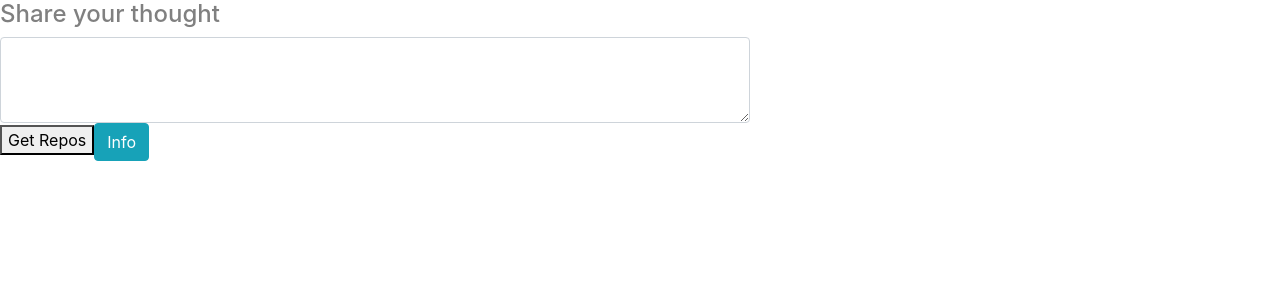
Repository: rashmikagamage/OAuth-Implementation
Page: / (app in frontend/)
An editor plug-in stored every save of this project. The page is shown before and after the next save, followed by the edit.
The browser window is 1280 px wide. The pictures show the whole page.
Some web libraries are served in a nearby version. The project was rebuilt for these pictures with package versions that can differ from the ones it lists, and the page was loaded fresh each time. Also part of the build but not shown: frontend/src/components/login.js, frontend/src/components/git-home.js, frontend/src/App.css.

Above is the page before, as saved 2021-09-08 10:02:46.

### frontend/public/index.html
<!DOCTYPE html>
<html lang="en">
  <head>
    <meta charset="utf-8" />
    <link rel="icon" href="%PUBLIC_URL%/favicon.ico" />
    <meta name="viewport" content="width=device-width, initial-scale=1" />
    <meta name="theme-color" content="#000000" />
    <meta
      name="description"
      content="Web site created using create-react-app"
    />
    <link rel="apple-touch-icon" href="%PUBLIC_URL%/logo192.png" />
    <!--
      manifest.json provides metadata used when your web app is installed on a
      user's mobile device or desktop. See https://developers.google.com/web/fundamentals/web-app-manifest/
    -->
    <link rel="manifest" href="%PUBLIC_URL%/manifest.json" />
    <link rel="stylesheet" href="https://pro.fontawesome.com/releases/v5.13.0/css/all.css">
    <link rel="shortcut icon" href="%PUBLIC_URL%/favicon.ico">
    <!--
      Notice the use of %PUBLIC_URL% in the tags above.
      It will be replaced with the URL of the `public` folder during the build.
      Only files inside the `public` folder can be referenced from the HTML.

      Unlike "/favicon.ico" or "favicon.ico", "%PUBLIC_URL%/favicon.ico" will
      work correctly both with client-side routing and a non-root public URL.
      Learn how to configure a non-root public URL by running `npm run build`.
    -->
    <link rel="stylesheet" href="https://maxcdn.bootstrapcdn.com/bootstrap/4.0.0/css/bootstrap.min.css" integrity="sha384-Gn5384xqQ1aoWXA+058RXPxPg6fy4IWvTNh0E263XmFcJlSAwiGgFAW/dAiS6JXm" crossorigin="anonymous">
    <title>React App</title>

  </head>
  <body>

    <noscript>You need to enable JavaScript to run this app.</noscript>
    <div id="root"></div>
    <!--
      This HTML file is a template.
      If you open it directly in the browser, you will see an empty page.

      You can add webfonts, meta tags, or analytics to this file.
      The build step will place the bundled scripts into the <body> tag.

      To begin the development, run `npm start` or `yarn start`.
      To create a production bundle, use `npm run build` or `yarn build`.
    -->
    <script src="https://code.jquery.com/jquery-3.2.1.slim.min.js" integrity="sha384-KJ3o2DKtIkvYIK3UENzmM7KCkRr/rE9/Qpg6aAZGJwFDMVNA/GpGFF93hXpG5KkN" crossorigin="anonymous"></script>
    <script src="https://cdnjs.cloudflare.com/ajax/libs/popper.js/1.12.9/umd/popper.min.js" integrity="sha384-ApNbgh9B+Y1QKtv3Rn7W3mgPxhU9K/ScQsAP7hUibX39j7fakFPskvXusvfa0b4Q" crossorigin="anonymous"></script>
    <script src="https://maxcdn.bootstrapcdn.com/bootstrap/4.0.0/js/bootstrap.min.js" integrity="sha384-JZR6Spejh4U02d8jOt6vLEHfe/JQGiRRSQQxSfFWpi1MquVdAyjUar5+76PVCmYl" crossorigin="anonymous"></script>
  </body>
</html>

### frontend/src/App.js
import Login from './components/login';
import GitHome from './components/git-home';
import TwitterHome from './components/twitter-home';
import {BrowserRouter as Router, Route} from "react-router-dom";
import './App.css';

function App() {
  return (

    <Router>{
      <div>
          <switch>
              <Route path="/login" component={Login}/>
              <Route path="/auth/github/callback" component={GitHome}/>
              <Route path="/" component={TwitterHome}/>
          </switch>
      </div>
  }

  </Router>
  );
}

export default App;

### frontend/src/components/twitter-home.js
import "../css/twitter.css";
import React, { useState } from "react";
const axios = require("axios").default;

function TwitterHome(props) {

    function tweet(){

    }
  return (
    <div>
      <h4 class="tweetHeader">Share your thought</h4>
         <textarea class="form-control text" id="exampleFormControlTextarea1" rows="3"></textarea>
        <button type="btn btn-info" className="tweet-button"onClick={() => tweet()} >Get Repos</button>
        <button type="button" class="btn btn-info" onClick={() => tweet()} >Info</button>
    </div>
  );
}

export default TwitterHome;

### frontend/src/css/twitter.css
.login{
    width: 240px;
    margin-top: 50px;
    margin-left: 450px;
}
.margin5{
    margin-top: 55px;
}
.buttonSize{
    width: 250px;
    margin-left: 50px;
}
.text{
    width: 750px;
}
.tweetHeader{
    color:gray;
}

Loaded but not shown: frontend/src/index.js (common file); frontend/src/index.css (common file); frontend/src/reportWebVitals.js (common file)

After the next save:
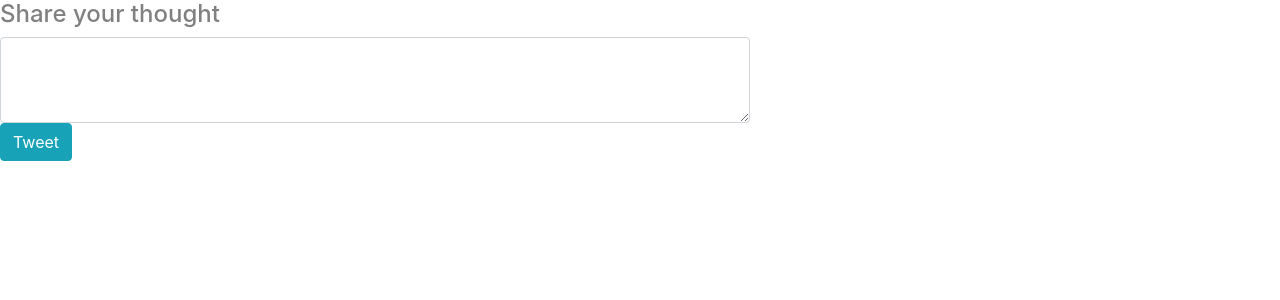
Saved 10 s later.
--- a/frontend/src/components/twitter-home.js
+++ b/frontend/src/components/twitter-home.js
@@ -11,8 +11,7 @@ function TwitterHome(props) {
     <div>
       <h4 class="tweetHeader">Share your thought</h4>
          <textarea class="form-control text" id="exampleFormControlTextarea1" rows="3"></textarea>
-        <button type="btn btn-info" className="tweet-button"onClick={() => tweet()} >Get Repos</button>
-        <button type="button" class="btn btn-info" onClick={() => tweet()} >Info</button>
+        <button type="button" class="btn btn-info" onClick={() => tweet()} >Tweet</button>
     </div>
   );
 }
